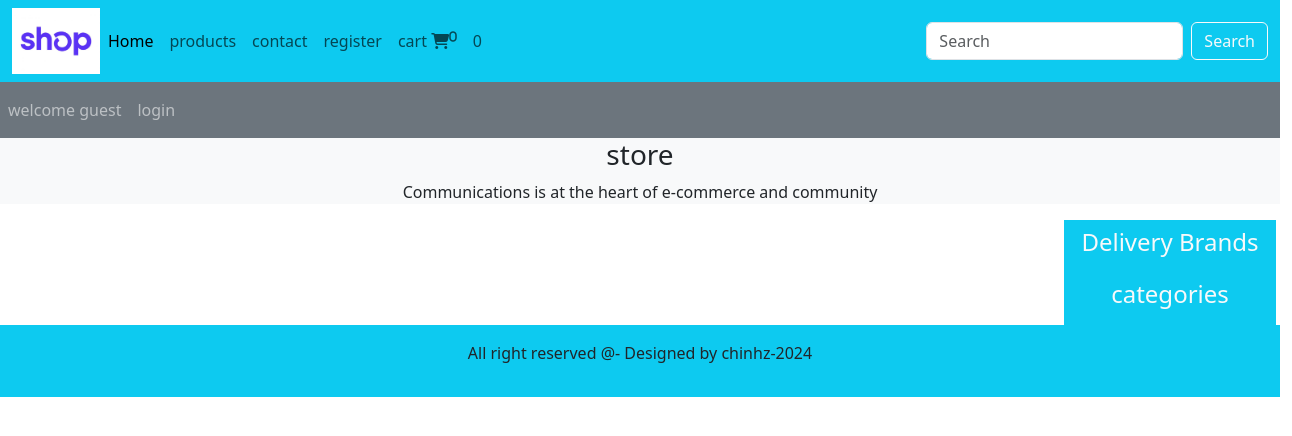
Repository: hahuuchinh2501/ecommerce_web
Page: http://localhost/
An editor plug-in stored every save of this project. The page is shown before and after the next save, followed by the edit.
The browser window is 1280 px wide. The page is 1292 px wide, so the pictures cover 1292 px, including what lies to the right of the window. The pictures show the whole page.
The page is run by PHP 8.4 with error messages shown; the project is at /var/www/html/. Queries for data that is not in the repository find no rows.

Above is the page before, as saved 2025-02-06 21:56:31.

After the next save:
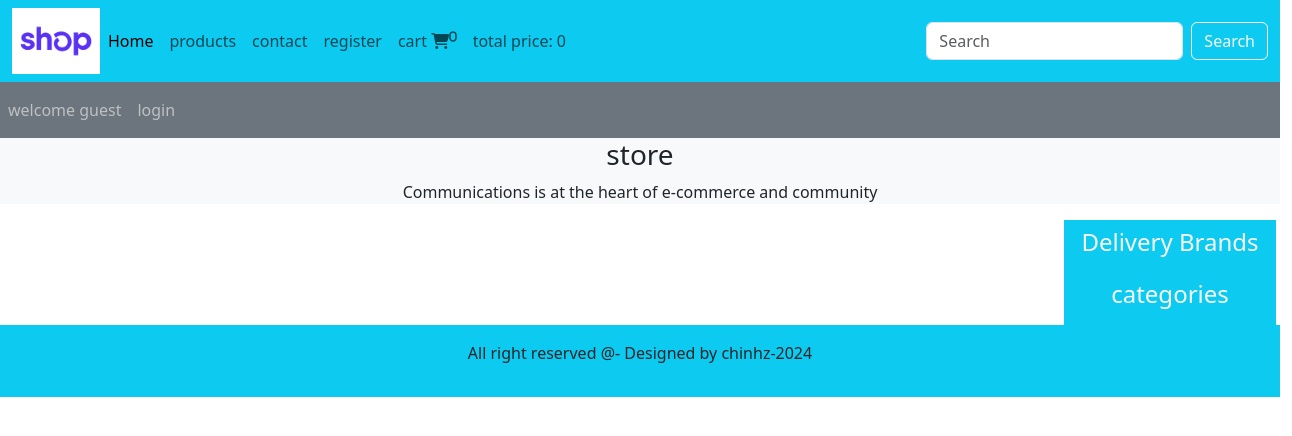
Saved 2 min 29 s later.
--- a/index.php
+++ b/index.php
@@ -51,7 +51,7 @@ include('functions/common_function.php');
                                     class="fa-solid fa-cart-shopping"><sup><?php cart_item(); ?></sup></i></a>
                         </li>
                         <li class="nav-item">
-                            <a class="nav-link" href="#"><?php total_cart_price(); ?></a>
+                            <a class="nav-link" href="#">total price: <?php total_cart_price(); ?></a>
                         </li>
                     </ul>
                     <form class="d-flex" role="search" action="search_product.php" method="get">
